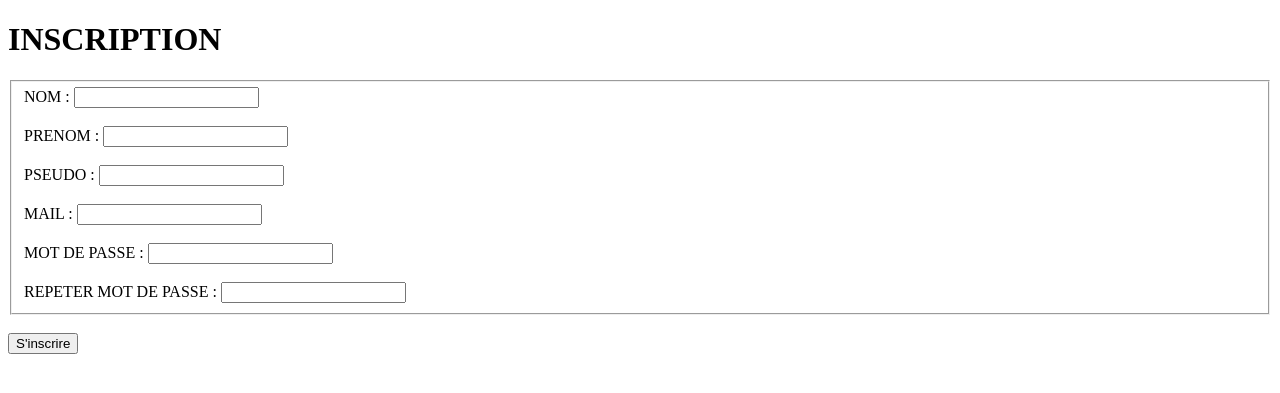
Repository: Aoua1414/JavaDeAoua
Page: http://localhost/MonServletJsp/Inscrire.jsp
An editor plug-in stored every save of this project. The page is shown before and after the next save, followed by the edit.
The browser window is 1280 px wide. The pictures show the whole page.
The page is served by Tomcat 9. Nobody is signed in. The application's start-up code is not run. Other server files are loaded and not shown.

Above is the page before, as saved 2022-07-25 14:51:16.

### ODC/MonServletJsp/src/main/webapp/Inscrire.jsp
<%@ page language="java" contentType="text/html; charset=UTF-8"
    pageEncoding="UTF-8"%>
<!DOCTYPE html>
<html>
<head>
<link rel="stylesheet" href="aoua.css" type="text/css">
<meta charset="UTF-8">
<title>Inscription</title>
</head>
<body>
<h1>INSCRIPTION</h1>

    <form method="post"  action = "Accueil">
    <fieldset>
     <div>
    <label for= "nom" > NOM :</label>
    <input type="text" id= "nom" name="nom"/>
    </div>
    <div>
    <br>
     <label for= "prenom" > PRENOM :</label>
    <input type="text" />
    </div>

    <div>
    <br>
     <label for= "pseudo" > PSEUDO :</label>
    <input type="text" />
    </div>

    <div>
    <br>
     <label for= "mail" > MAIL :</label>
    <input type="text" />
    </div>

    <div>
    <br>
     <label for= "pass" > MOT DE PASSE :</label>
    <input type="text" />
    </div>

    <div>
    <br>
     <label for= "repeter" > REPETER MOT DE PASSE :</label>
    <input type="text" />
    </div>
    </fieldset>
    <br>
    <button type="submit">S'inscrire</button>



    </form>

<p>

</p>
</body>
</html>

### ODC/MonServletJsp/src/main/webapp/aoua.css

h2{
	color:black;
	text-align : center;

}
form {
	width: 100%;



}

After the next save:
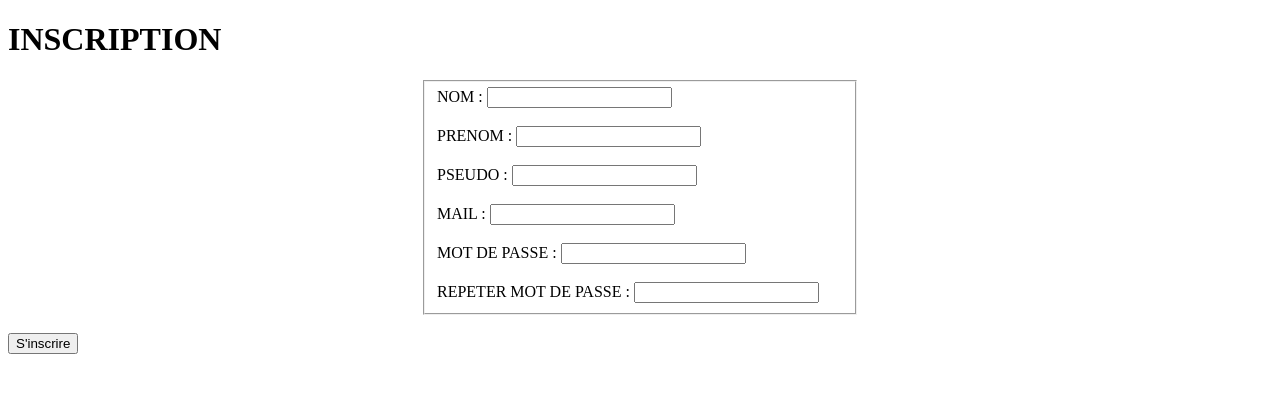
Saved 5 min 43 s later.
--- a/ODC/MonServletJsp/src/main/webapp/aoua.css
+++ b/ODC/MonServletJsp/src/main/webapp/aoua.css
@@ -3,6 +3,10 @@ h2{
 	color:black;
 	text-align : center;
 
+}
+fieldset{
+	width: 406px;
+    margin: 0 auto;
 }
 form {
 	width: 100%;
